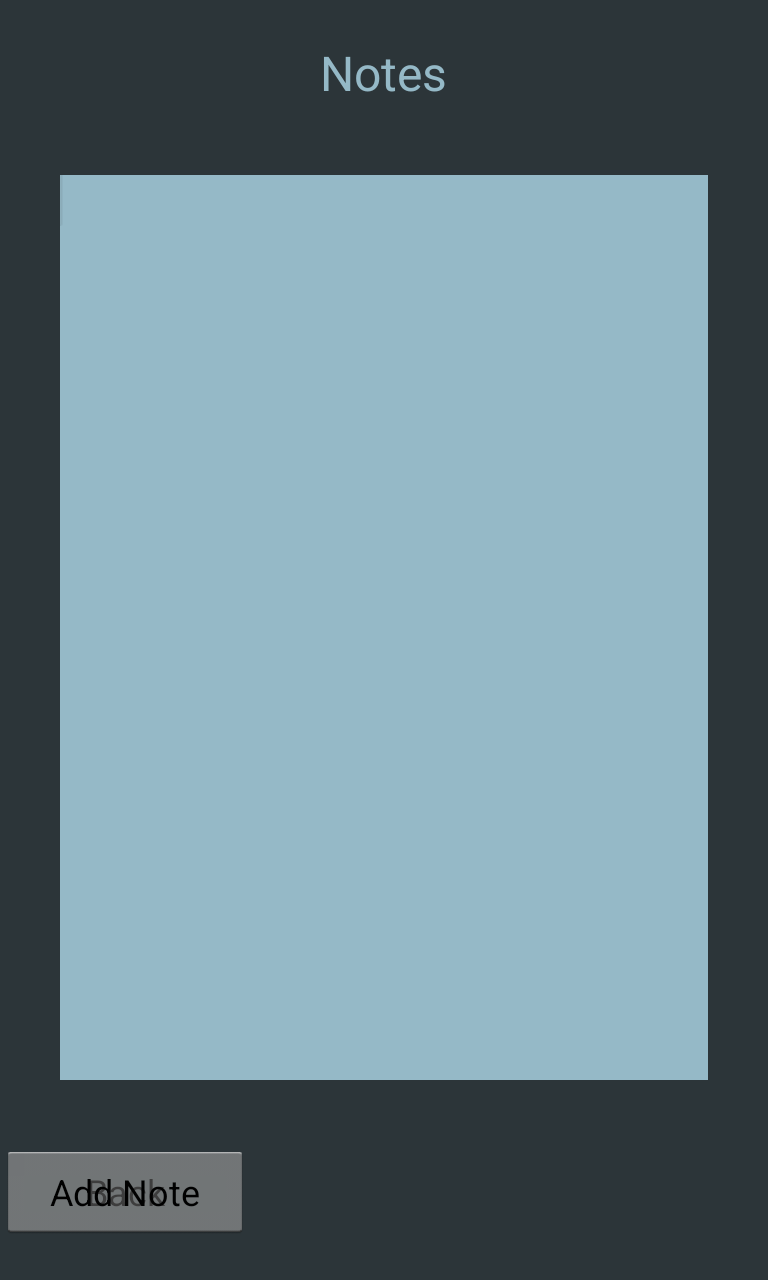
Repository: davidwiggy/MyWeek
Layout: MyWeek/res/layout/notespage.xml
These files come from the project's save history. The layout is drawn as it stood at one moment and after the next save; the edit follows.
It is drawn on a 768 x 1280 px phone screen (xhdpi) without system bars, with theme AppTheme; the app's code is not run. Lists and similar views that code fills are empty.

Above is the layout before, as saved 2013-11-18 05:37:29.

### MyWeek/res/layout/notespage.xml
<?xml version="1.0" encoding="utf-8"?>
<RelativeLayout xmlns:android="http://schemas.android.com/apk/res/android"
    android:layout_width="match_parent"
    android:layout_height="match_parent"
    android:background="@color/Gunmetal">

        <TextView
            android:id="@+id/titleNotes"
            android:layout_width="wrap_content"
            android:layout_height="wrap_content"
            android:layout_alignParentTop="true"
            android:layout_centerHorizontal="true"
            android:layout_marginTop="20dp"
            android:textColor="@color/BabyBlue"
            android:text="@string/lblNotesHeader"
            android:textSize="24sp" />

        <TextView
           android:id="@+id/txtlblCurrentPatientsNotes"
           android:layout_width="wrap_content"
           android:layout_height="wrap_content"
           android:layout_below="@+id/titleNotes"
           android:layout_marginTop="16dp"
           android:textColor="@color/BabyBlue" />

        <EditText
            android:id="@+id/etPatientNotes"
            android:layout_width="fill_parent"
            android:layout_height="fill_parent"
            android:layout_marginLeft="60dp"
            android:layout_marginBottom="100dp"
            android:textColor="@color/Gunmetal"
            android:gravity="top|left"
            android:layout_below="@+id/txtlblCurrentPatientsNotes"
            android:layout_centerHorizontal="true"
            android:background="@color/BabyBlue"
            android:ems="10"
            android:inputType="textMultiLine" >

            <requestFocus />
        </EditText>

        <Button
            android:id="@+id/btnBackNotesPage"
            android:layout_width="125dp"
            android:layout_height="wrap_content"
            android:layout_alignLeft="@+id/editText1"
            android:layout_alignParentBottom="true"
            android:layout_marginBottom="20dp"
            android:text="@string/btnlblBackNotesPage" />

        <Button
            android:id="@+id/btnAddNotesPage"
            android:layout_width="125dp"
            android:layout_height="wrap_content"
            android:layout_alignBaseline="@+id/btnBackNotesPage"
            android:layout_alignBottom="@+id/btnBackNotesPage"
            android:layout_alignRight="@+id/editText1"
            android:text="@string/btnlblAddNoteNotesPage" />

        <ListView
            android:id="@+id/listView1"
            android:layout_width="wrap_content"
            android:layout_height="wrap_content"
            android:layout_alignBottom="@+id/etPatientNotes"
            android:layout_alignLeft="@+id/titleNotes" >
        </ListView>

</RelativeLayout>

### MyWeek/res/values/strings.xml
<?xml version="1.0" encoding="utf-8"?>
<resources>

    <string name="app_name">My Week</string>
    <string name="action_settings">Settings</string>
    <string name="lblFridayText">Friday</string>
    <string name="lblThursdayText">Thursday</string>
    <string name="lblWednesdayText">Wednesday</string>
    <string name="lblTuesdayText">Tuesday</string>
    <string name="lblMondayText">Monday</string>
    <string name="my_weekTitle">My Week</string>

    <color name="Gunmetal">#2C3539</color>
    <color name="BabyBlue">#95B9C7</color>
    <color name="orange">#ff5500</color>
    <color name="white">#ffffff</color>
  	<color name="transparent">#00000000</color>
 	<color name="date_color">#999999</color>
	<color name="black">#000000</color>
	<color name="gray">#999999</color>
	<color name="blue">#0066cc</color>
	<color name="gold">#e6b121</color>
	<color name="blueback">#99FFFF</color>
	<color name="articlecolor">#3399FF</color>
	<color name="article_title">#3399FF</color>
	<color name="cachecolor">#8ad0e8</color>
	<color name="silver">#C0C0C0</color>

	<color name="yellow1">#F9E60E</color>
	<color name="yellow2">#F9F89D</color>
    <color name="orange4">#F7BE45</color>
    <color name="orange5">#F7D896</color>
    <color name="blue2">#19FCDA</color>
    <color name="blue25">#D9F7F2</color>
    <color name="grey05">#ACA899</color>
    <color name="white1">#FFFFFF</color>
    <color name="white2">#DDDDDD</color>
    <string-array name="days_array">
        <item>Select A Day</item><item>Clear Schedule</item>
        <item >Monday</item>
        <item >Tuesday</item>
        <item >Wednesday</item>
        <item >Thursday</item>
        <item >Friday</item>

    </string-array>
        <string name="lblselect_day">Select Day</string>
        <string name="lblButtonBack">Back</string>
        <string name="lblButtongo_to_day">Go To Day</string>
        <string name="btn_lbl_my_week_main">My Week</string>
        <string name="lbl_welcome_to_my_week_main">Welcome To My Week</string>
        <string name="txt_lbl_Totals_Main">Totals</string>
        <string name="btn_txt_lbl_Totals_Main">Totals</string>
        <string name="btn_lbl_Finished_Main">Finished</string>
        <string name="btn_lbl_manage_clients_main">Manage Clients</string>
        <string name="btnBackManageClients">Back</string>
        <string name="btnlblBackManageClients">Back</string>
        <string name="btnlblAddManageClients">Add</string>
        <string name="btnlblScheduleManageClients">Schedule</string>
        <string name="btnlblDeleteManageClients">Delete All</string>
        <string name="edittextlblPatientNameManageClients">Enter Patient Name</string>
        <string name="lblManagePatients">Manage Patients</string>
        <string name="lblCurrentPatientsManageClients">Current Patients</string>
        <string name="btnlblAddMyDayPage">Add</string>
        <string name="btnlblRescheduleMyDayPage">Reschedule Patient</string>
        <string name="btnlblDeleteMyDayPage">Delete</string>
        <string name="btnlblBackMyDayPage">Back</string>
        <string name="btnClearScheduleMyWeekPage">Clear Schedule</string>
        <string name="lblspinnerSelectPatientMyDay">(Select a Patient to add to the day.)</string>
        <string name="btnlblChangeDay">Change Day</string>
        <string name="lblNotesHeader">Notes</string>
        <string name="btnlblAddNoteNotesPage">Add Note</string>
        <string name="btnlblBackNotesPage">Back</string>

</resources>

Loaded but not shown: MyWeek/res/values/styles.xml (common file); MyWeek/res/values-v11/styles.xml (common file); MyWeek/res/values-v14/styles.xml (common file)

After the next save:
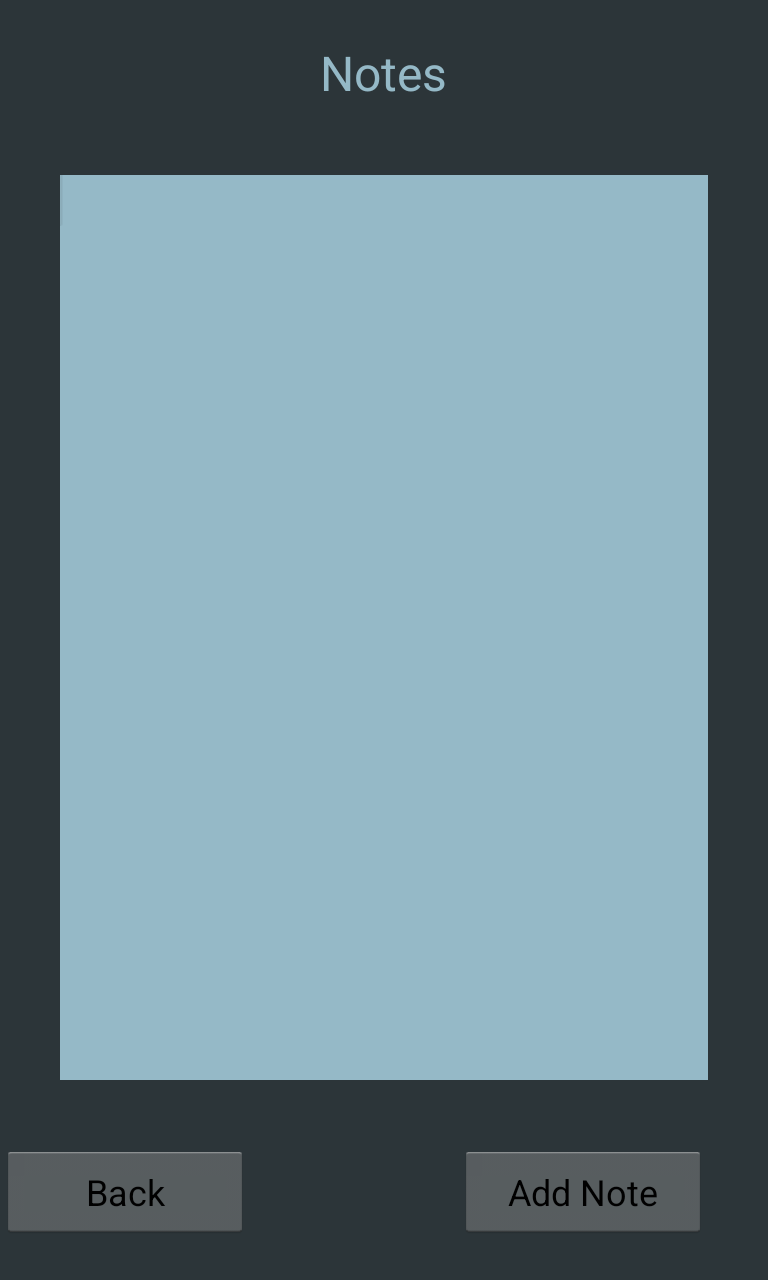
Saved 26 s later.
--- a/MyWeek/res/layout/notespage.xml
+++ b/MyWeek/res/layout/notespage.xml
@@ -55,7 +55,7 @@
             android:layout_height="wrap_content"
             android:layout_alignBaseline="@+id/btnBackNotesPage"
             android:layout_alignBottom="@+id/btnBackNotesPage"
-            android:layout_alignRight="@+id/editText1"
+            android:layout_alignRight="@+id/etPatientNotes"
             android:text="@string/btnlblAddNoteNotesPage" />
 
         <ListView
